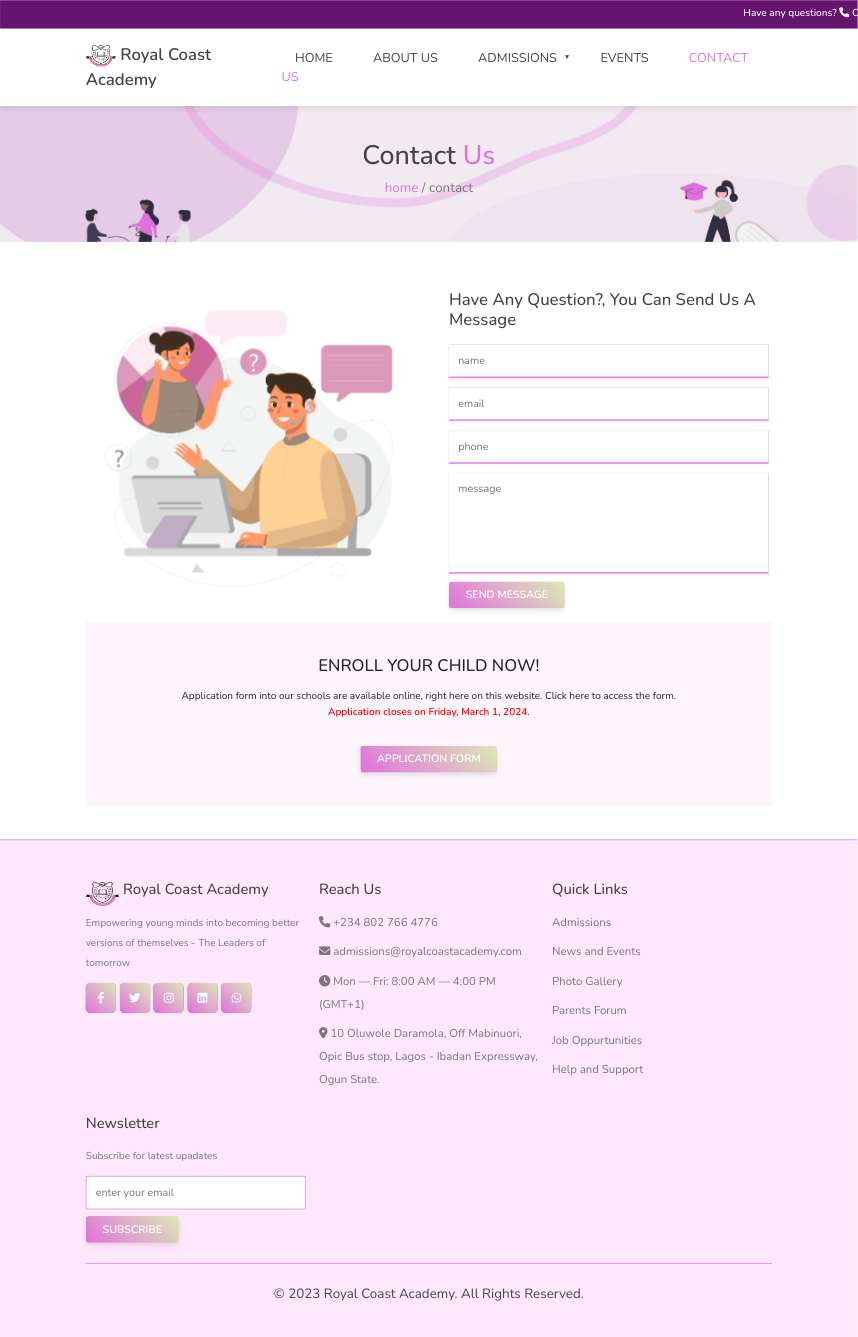
Repository: AdeniranZion/RC-Academy
Page: http://localhost/contact.php
An editor plug-in stored every save of this project. The page is shown before and after the next save, followed by the edit.
The browser window is 1280 px wide. The pictures show the whole page, at 67% of full size.
Some web libraries are served in a nearby version. The page is run by PHP 8.4 with error messages shown; the project is at /var/www/html/.

Above is the page before, as saved 2024-06-21 18:32:55.
Console error: TypeError: Cannot set properties of null (setting 'onclick')

After the next save:
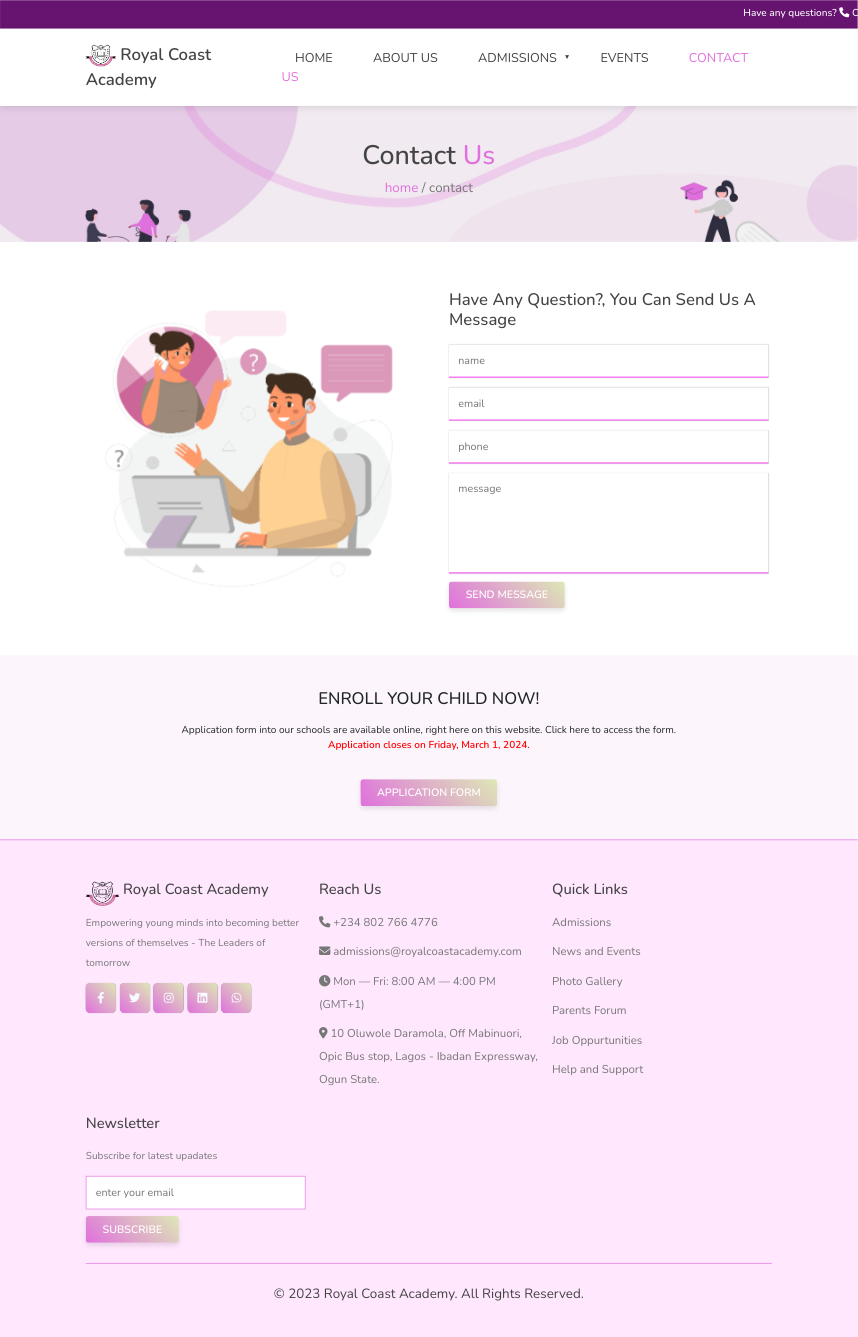
Saved 34 s later.
--- a/contact.php
+++ b/contact.php
@@ -27,16 +27,15 @@
          <input type="submit" value="send message" class="btn">
       </form>
    </div>
+</section>
           <!-- Contact Admissions Section -->
-    <div class="contact-admissions" style="padding: 50px 20px; text-align: center; background-color: #fcf5fc">
+          <div class="contact-admissions" style="padding: 50px 20px; text-align: center; background-color: #fcf5fc">
       <h2 style="font-size: 2.5em; margin-bottom: 20px;">ENROLL YOUR CHILD NOW!</h2>
       <p style="font-size: 1.5em; max-width: 800px; margin: 0 auto 40px;">Application form into our schools are available online, right here on this website.
       Click here to access the form. <strong style="color: red;">Application closes on Friday, March 1, 2024.</strong></p>
       <a href="admission_form.php" class="btn" >Application Form</a>
     </div>
     <!-- End Contact Admissions Section -->
-
-</section>
 
 <!-- contact section ends -->
 
